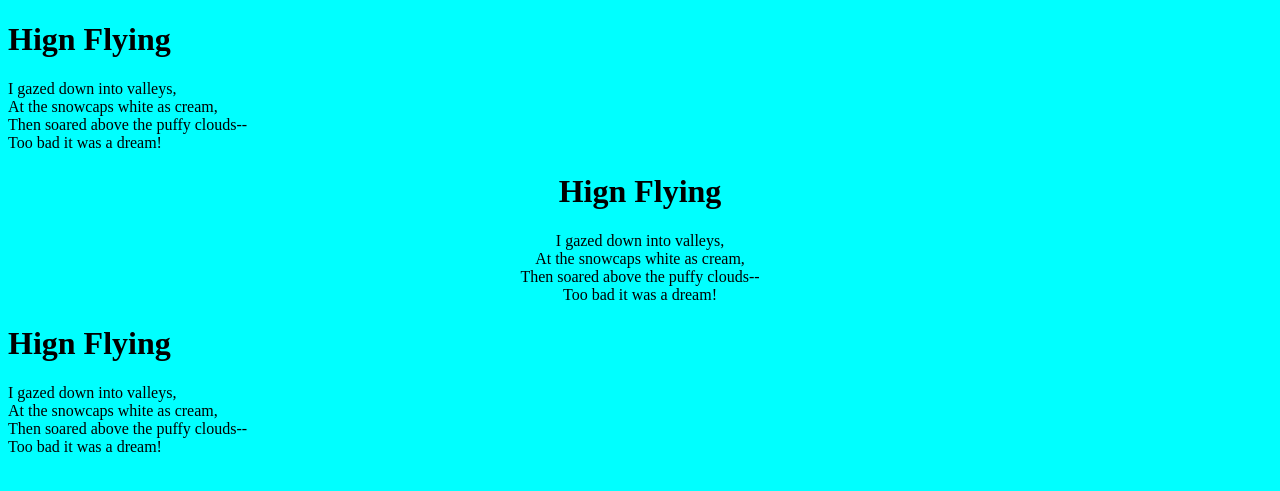
Repository: PhamChiXuan1/HTCNW_tuan3_DHCNTT16C_PhamChiXuan_20030131
Page: bt3b.html
These files come from the project's save history. The page is drawn as it stood at one moment and after the next save; the edit follows.
The browser window is 1280 px wide. The pictures show the whole page.

Above is the page before, as saved 2022-02-26 20:39:47.

After the next save:
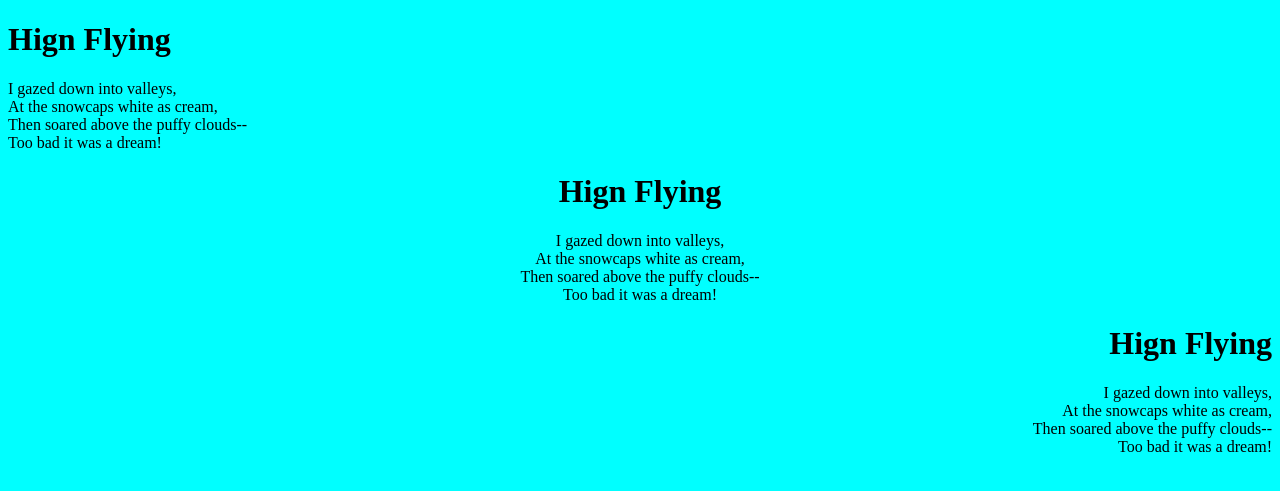
Saved 2 min 59 s later.
--- a/bt3b.html
+++ b/bt3b.html
@@ -10,7 +10,7 @@
     <H1>Hign Flying</H1>
     <P>I gazed down into valleys,<br>At the snowcaps white as cream,<br>Then soared above the puffy clouds-- <br>Too bad it was a dream!</b></P>
     <center><H1>Hign Flying</H1><P>I gazed down into valleys,<br>At the snowcaps white as cream,<br>Then soared above the puffy clouds-- <br>Too bad it was a dream!</b></P></center>
-    <H1>Hign Flying</H1>
-    <P>I gazed down into valleys,<br>At the snowcaps white as cream,<br>Then soared above the puffy clouds-- <br>Too bad it was a dream!</b></P>
+    <H1 style = " text-align:right">Hign Flying</H1>
+    <P style = " text-align:right">I gazed down into valleys,<br>At the snowcaps white as cream,<br>Then soared above the puffy clouds-- <br>Too bad it was a dream!</b></P>
 </body>
 </html>
